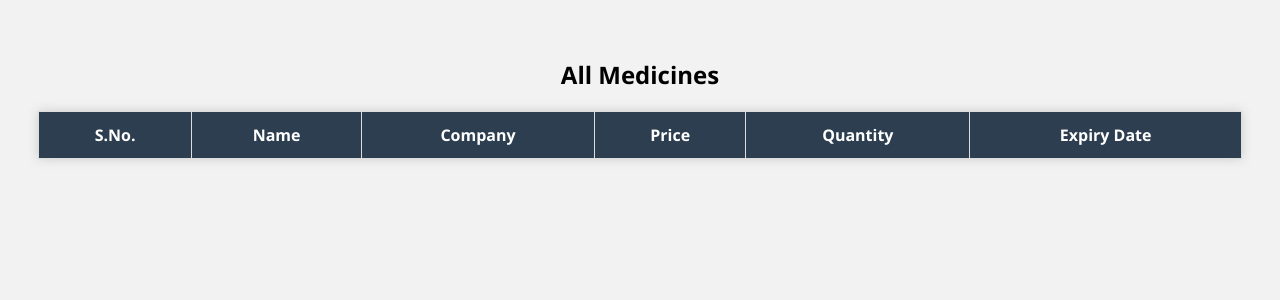
Repository: sal12321/Medi-Manager
Page: http://localhost/mediCO/view_all.jsp
These files come from the project's save history. The page is drawn as it stood at one moment and after the next save; the edit follows.
The browser window is 1280 px wide. The pictures show the whole page.
The page is served by Tomcat 10. Other server files are loaded and not shown. Queries for data that is not in the repository find no rows.

Above is the page before, as saved 2025-08-07 13:37:34.

### mediCO/src/main/webapp/view_all.jsp
<%@ page import="java.sql.*, java.util.*" %>
<%
class Medicine {
    int id;
    String name;
    String company;
    double price;
    int quantity;
    java.sql.Date expiry;

    Medicine(int id, String name, String company, double price, int quantity, java.sql.Date expiry) {
        this.id = id;
        this.name = name;
        this.company = company;
        this.price = price;
        this.quantity = quantity;
        this.expiry = expiry;
    }
}

ArrayList<Medicine> medicines = new ArrayList<>();

try {
    Class.forName("com.mysql.cj.jdbc.Driver");
    Connection conn = DriverManager.getConnection(
        "jdbc:mysql://localhost:3306/med2025", "root", "root@123");

    Statement stmt = conn.createStatement();
    ResultSet rs = stmt.executeQuery("SELECT * FROM medicine ORDER BY name ASC");

    while (rs.next()) {
        Medicine m = new Medicine(
            rs.getInt("id"),
            rs.getString("name"),
            rs.getString("company"),
            rs.getDouble("price"),
            rs.getInt("quantity"),
            rs.getDate("expiry")
        );
        medicines.add(m);
    }

    rs.close();
    stmt.close();
    conn.close();
} catch (Exception e) {
    out.println("<p style='color:red;'>Error: " + e.getMessage() + "</p>");
}
%>

<!DOCTYPE html>
<html>
<head>
    <title>All Medicines</title>
    <style>
        body {
            font-family: 'Segoe UI', sans-serif;
            padding: 30px;
            background: #f2f2f2;
        }
        h2 {
            text-align: center;
        }
        table {
            width: 100%;
            border-collapse: collapse;
            background: white;
            box-shadow: 0 0 10px #ccc;
        }
        th, td {
            border: 1px solid #ddd;
            padding: 12px;
            text-align: center;
        }
        th {
            background-color: #2c3e50;
            color: white;
        }
        tr:nth-child(even) {
            background-color: #f9f9f9;
        }
        .expired {
            background-color: #f8d7da;
            color: #721c24;
        }
    </style>
</head>
<body>
    <h2>All Medicines</h2>
    <table>
        <tr>
            <th>S.No.</th>
            <th>Name</th>
            <th>Company</th>
            <th>Price</th>
            <th>Quantity</th>
            <th>Expiry Date</th>
        </tr>
        <%
            java.util.Date today = new java.util.Date();
            int serialNo = 1;
            for (Medicine m : medicines) {
                boolean isExpired = m.expiry.before(today);
        %>
        <tr class="<%= isExpired ? "expired" : "" %>">
            <td><%= serialNo++ %></td>
            <td><%= m.name %></td>
            <td><%= m.company %></td>
            <td><%= m.price %></td>
            <td><%= m.quantity %></td>
            <td><%= m.expiry %></td>
        </tr>
        <% } %>
    </table>
</body>
</html>

### mediCO/src/main/java/Medicine.java


public class Medicine {
    private int id;
    private String name;
    private String company;
    private double price;
    private int quantity;

    // Constructors
    public Medicine(int id, String name, String company, double price, int quantity) {
        this.id = id;
        this.name = name;
        this.company = company;
        this.price = price;
        this.quantity = quantity;
    }

    // Getters
    public int getId() { return id; }
    public String getName() { return name; }
    public String getCompany() { return company; }
    public double getPrice() { return price; }
    public int getQuantity() { return quantity; }


}

After the next save:
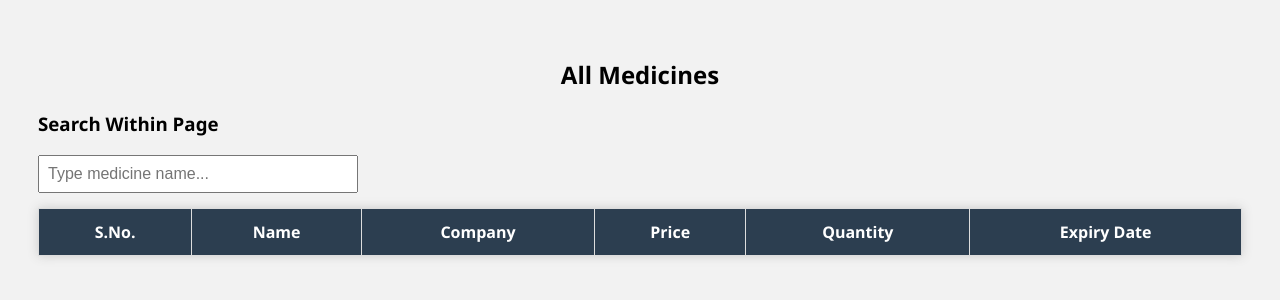
Saved 2 h 13 min later.
--- a/mediCO/src/main/webapp/view_all.jsp
+++ b/mediCO/src/main/webapp/view_all.jsp
@@ -87,6 +87,33 @@ try {
 </head>
 <body>
     <h2>All Medicines</h2>
+
+    <h3>Search Within Page</h3>
+<input type="text" id="pageSearch" placeholder="Type medicine name..." onkeyup="scrollToMedicine()" style="padding:8px; width:300px; font-size:16px; margin-bottom: 15px;">
+
+<script>
+    function scrollToMedicine() {
+        const input = document.getElementById("pageSearch").value.toLowerCase();
+        const rows = document.querySelectorAll("table tbody tr");
+
+        let found = false;
+        rows.forEach(row => {
+            row.style.backgroundColor = ""; // reset all
+
+            const nameCell = row.cells[1]; // 2nd column = name
+            if (nameCell && nameCell.textContent.toLowerCase().startsWith(input) && input !== "") {
+                if (!found) {
+                    row.scrollIntoView({ behavior: "smooth", block: "center" });
+                    row.style.backgroundColor = "#ffff99"; // highlight
+                    found = true;
+                }
+            }
+        });
+    }
+</script>
+
+
+
     <table>
         <tr>
             <th>S.No.</th>
